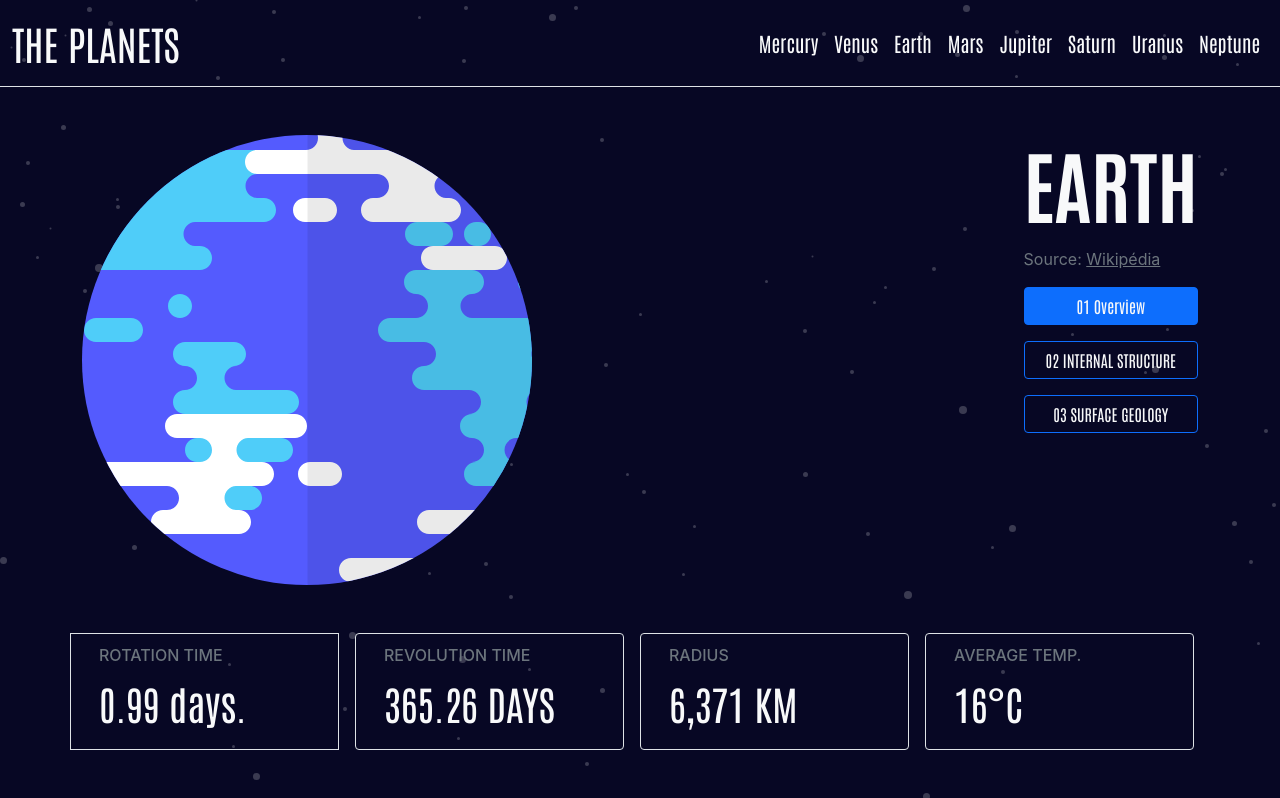
Repository: andre06x/the-planets
Page: /
An editor plug-in stored every save of this project. The page is shown before and after the next save, followed by the edit.
The browser window is 1280 px wide. The pictures show the whole page.
The project was rebuilt for these pictures with package versions that can differ from the ones it lists, and the page was loaded fresh each time.

Above is the page before, as saved 2021-10-18 22:16:10.

After the next save:
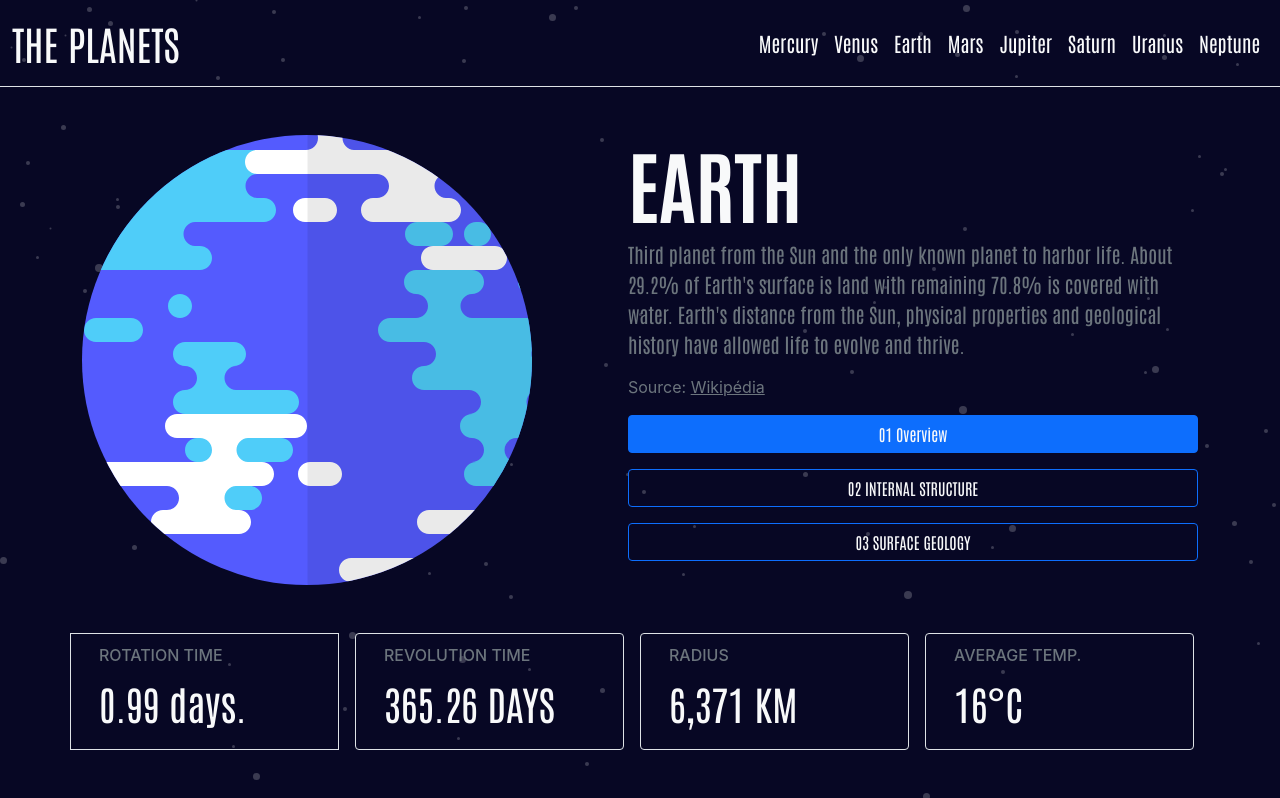
Saved 87 s later.
--- a/src/components/Container.js
+++ b/src/components/Container.js
@@ -17,7 +17,6 @@ const Container = () => {
     setSelectBox(o.id);
 
     if (selectBox === 1) {
-      // console.log()
       setText(data.filter(d => d.name === planet)[0].overview);
     }
 
@@ -32,7 +31,9 @@ const Container = () => {
   }
 
   useEffect(() => {
-
+    if (selectBox === 1) {
+      setText(data.filter(d => d.name === planet)[0].overview);
+    }
   }, []);
   return (
     <div className="container mt-5">
